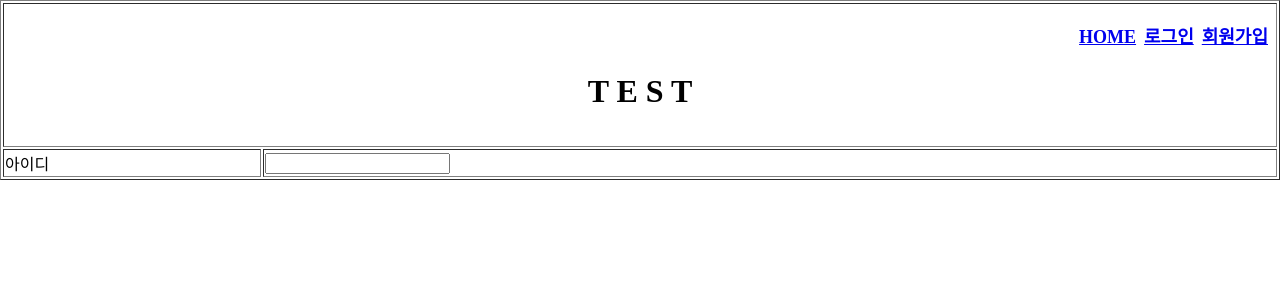
Repository: CHANGMAN-LEE/Java_ee
Page: http://localhost/test/test/loginForm.jsp
These files come from the project's save history. The page is drawn as it stood at one moment and after the next save; the edit follows.
The browser window is 1280 px wide. The pictures show the whole page.
The page is served by Tomcat 9.

Above is the page before, as saved 2020-07-09 06:22:39.

After the next save:
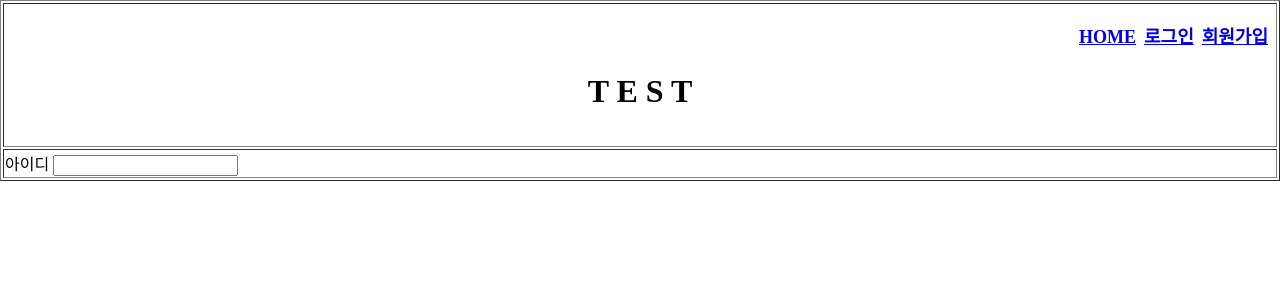
Saved 30 s later.
--- a/workspace/test/WebContent/test/loginForm.jsp
+++ b/workspace/test/WebContent/test/loginForm.jsp
@@ -14,8 +14,8 @@
 	</tr>
 
 	<tr>
-		<td>아이디</td>
 		<td>
+			아이디
 			<input type="text" name="id" class="id">
 			<div class="idDiv"></div>
 		</td>
